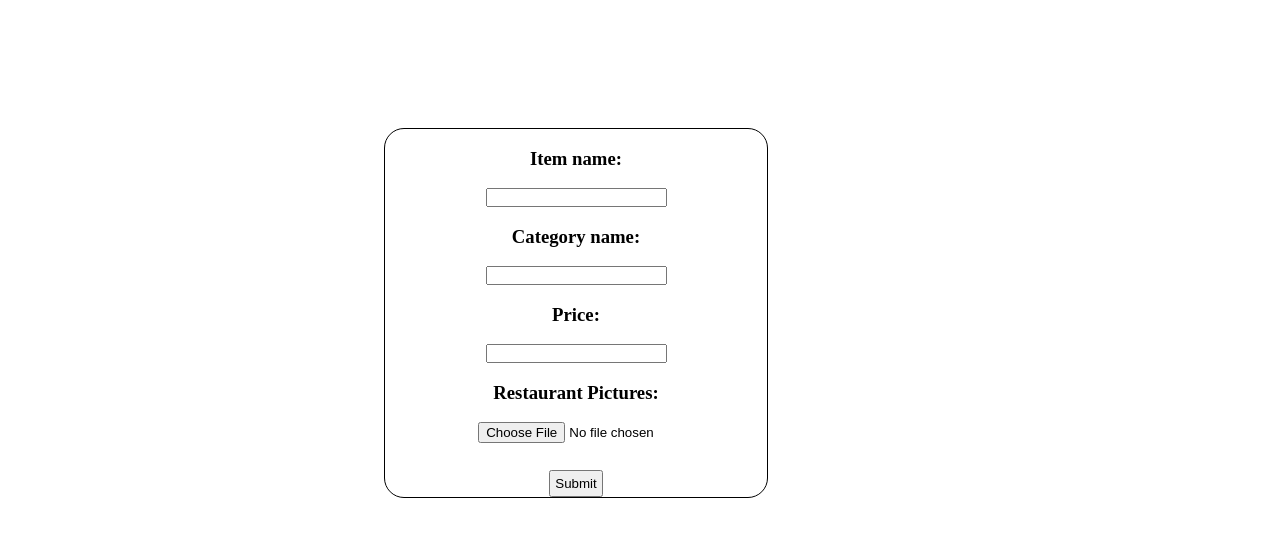
Repository: jatannoury/Ecommerce-Laravel-Electron
Page: Admin-electron/src/HTML/add_item.html
An editor plug-in stored every save of this project. The page is shown before and after a run of saves, followed by the edit.
The browser window is 1280 px wide. The pictures show the whole page.

Above is the page before, as saved 2022-06-10 22:59:19.

### Admin-electron/src/HTML/add_item.html
<!DOCTYPE html>
<html lang="en">

    <head>
        <meta charset="UTF-8">
        <link rel="stylesheet" href="../CSS/styles.css">
        <title>Admin-Add_item</title>
    </head>

    <body>
        <form action="/action_page.php">
            <h3 for="item_name" class="one" id="item_name ">Item name:</h3><br>
            <input type="text"  name="fname" ><br>
            <h3 for="Category_name" class="one" id="Category_name">Category name:</h3><br>
            <input type="text"  name="fname" ><br>
            <h3 for="price" class="one" id="price">Price:</h3><br>
            <input type="text"  name="fname" ><br>
            <div >
            <h3 for="pictures" class="one">Restaurant Pictures:</h3><br>
            <input id="pictures" class="two" type="file" accept="image/*">
            </div>
            <input type="submit" class="submit" value="Submit">

        </form>
    </body>
</html>

### Admin-electron/src/CSS/styles.css
*{
    padding: 0;
    margin: 0;
    box-sizing: border-box;
}
.box-1, .box-2{
    padding:5% 5% 5% 5%;
    margin-left:0% ;
    margin-top: 20%;
    border-radius: 20px;
}

.box-1{
    margin-left: 30%;
}

.box-2{
    margin-left: 5%;
}

 .box-2:hover, .box-1:hover{
    border-color: red;
}

.one{
    margin-top: 5%;
}

.submit{
    margin-top: 2%;

    padding: 1% 1% 1% 1%;
}

form {
    border: 1px solid black;
    border-radius: 20px;
    width:30%;
    text-align: center;
    margin-left: 30%;
    margin-top: 10%;
}

.two{
    margin-left: 15%;
    margin-bottom: 5%;
}

After the next 2 saves:
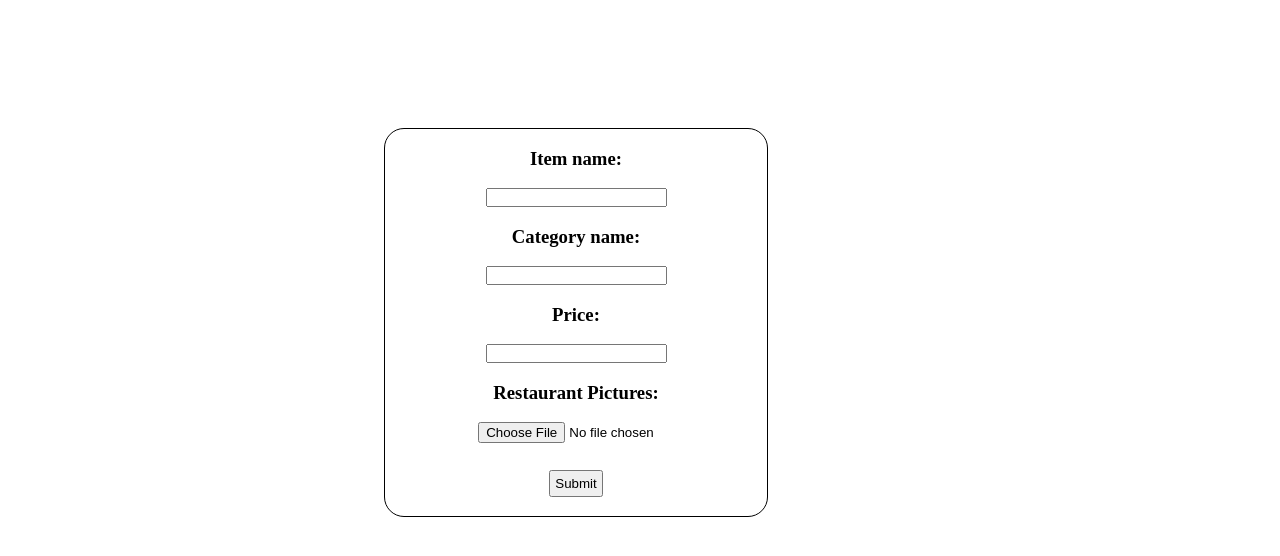
The 2 saves are shown as one change because they came seconds apart.
The last was saved 13 s later.
--- a/Admin-electron/src/CSS/styles.css
+++ b/Admin-electron/src/CSS/styles.css
@@ -28,7 +28,7 @@
 
 .submit{
     margin-top: 2%;
-
+    margin-bottom: 5%;
     padding: 1% 1% 1% 1%;
 }
 
